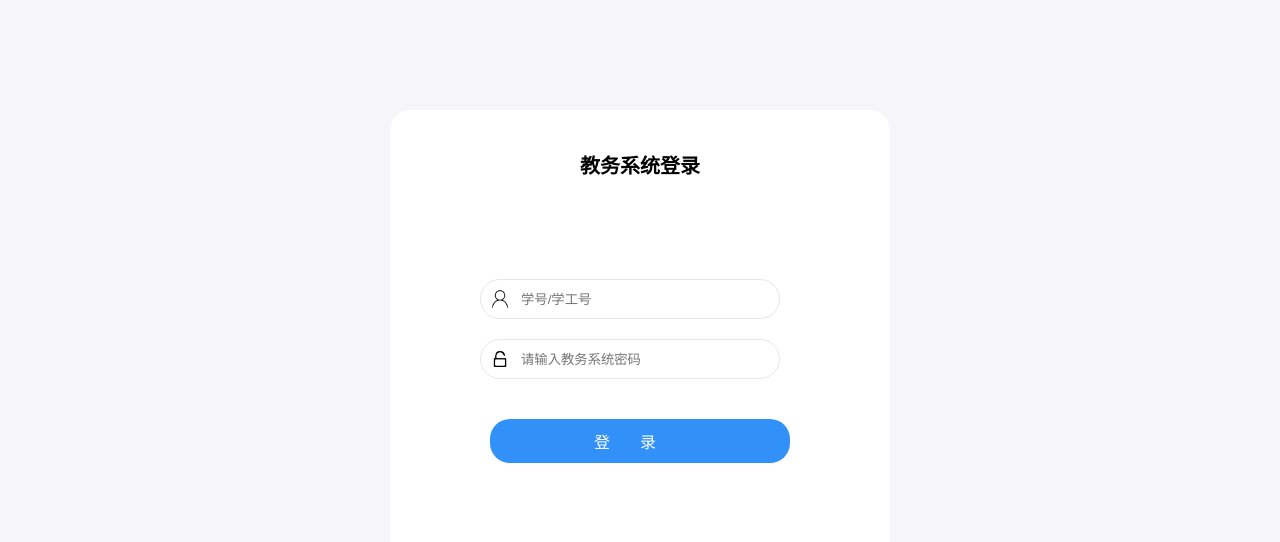
Repository: yangziteng/System
Page: / (app in myreact/)
The author's editor kept a copy of each file at every save. The page is drawn from the files as they stood at one save, then again after the next save.
The browser window is 1280 px wide. The pictures show the whole page.
The project was rebuilt for these pictures with package versions that can differ from the ones it lists, and the page was loaded fresh each time. Also part of the build but not shown: myreact/vite.config.js, myreact/src/App.css, myreact/src/App.jsx, myreact/src/log.jsx.

Above is the page before, as saved 2022-07-08 14:51:10.

### myreact/src/main.jsx
import React from 'react'
import ReactDOM from 'react-dom/client'
import App from './App'
import LOG from './log'
import './index.css'
import Login from "./pages/Login/Login"
const p = {name:"杨",age:12}
ReactDOM.createRoot(document.getElementById('root')).render(
  <React.StrictMode>
    {/* //解构赋值 语法 */}

    <Login/>


  </React.StrictMode>
)

### myreact/src/pages/Login/Login.jsx
import { useState } from 'react'
import { Component } from 'react'
import "./Login.css"
import img2 from "./images/p.png"
import img from "./images/a.png" //引入图片
class Login extends Component {
    constructor() {
        super()
    }
    render() {
        return (
            <div className='bgc'>
                <div className='model'>
                    <div className='model-head'>教务系统登录</div>
                    <div className='model-body'>
                        <div className='username'>
                            <input type="text" placeholder='学号/学工号' className='model-body-input' >
                            </input>
                            <img className='img' src={img} alt="" />
                        </div>
                        <div className='pwd'>
                            <input type="password" placeholder='请输入教务系统密码' className='model-body-input' >
                            </input>
                            <img className='img' src={img2} alt="" />
                        </div>
                        <div className='model-end'>
                            登录
                        </div>
                    </div>

                </div>
            </div>
        )
    }
}
export default Login

### myreact/src/pages/Login/Login.css

.bgc{
    background-color: rgba(245,245,250);
    width: 100vw;
    height: 100vh;
    display:flex;
    align-items: center;
}
.model{
    width: 500px;
    height: 500px;
    background-color: white;
    border-radius: 20px;
    margin:0 auto;
}
.model-head{
    text-align: center;
    margin-top:40px;
    font-size: 20px;
    font-weight: 800;
}
.model-body{

    margin-top:100px;

}
.username{
    display: flex;
    justify-content: center;
    align-items: center;
    position: relative;

}
.pwd{
    display: flex;
    justify-content: center;
    align-items: center;
    position: relative;
    margin-top:20px
}
.model-body-input{
    width: 300px;
    height: 40px;
    outline: none;
    border-radius: 20px;
    padding-left:40px ;
    box-sizing: border-box;
}
input{
    display: flex;
    justify-content: center;
    border:1px solid #e7e7e7
}
.img{
    width: 20px;
    height: 20px;
    position: relative;
    right: 290px;
    /* right:290px */
}
.model-end{
    width: 300px;
    background-color: rgba(50,145,248);
    letter-spacing: 30px;
    border-radius: 20px;
    padding: 10px 0px;
    text-align: center;
    color:white;
    margin:0 auto;
    margin-top:40px;
}

Loaded but not shown: myreact/index.html (common file); myreact/src/index.css (common file)

After the next save:
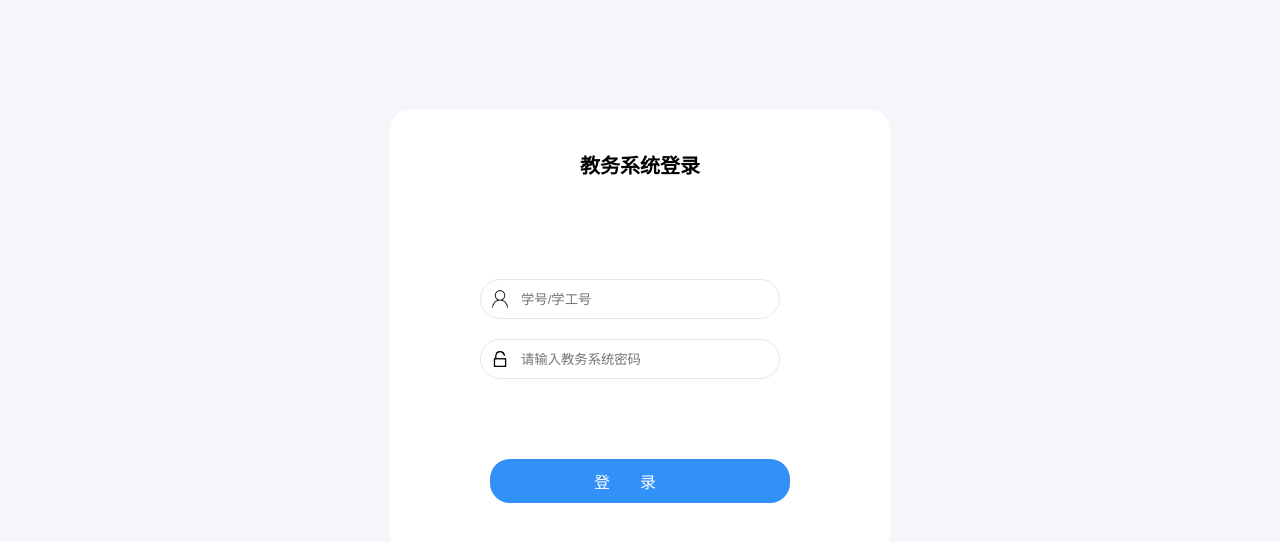
Saved 27 s later.
--- a/myreact/src/pages/Login/Login.css
+++ b/myreact/src/pages/Login/Login.css
@@ -67,5 +67,5 @@ input{
     text-align: center;
     color:white;
     margin:0 auto;
-    margin-top:40px;
+    margin-top:80px;
 }
